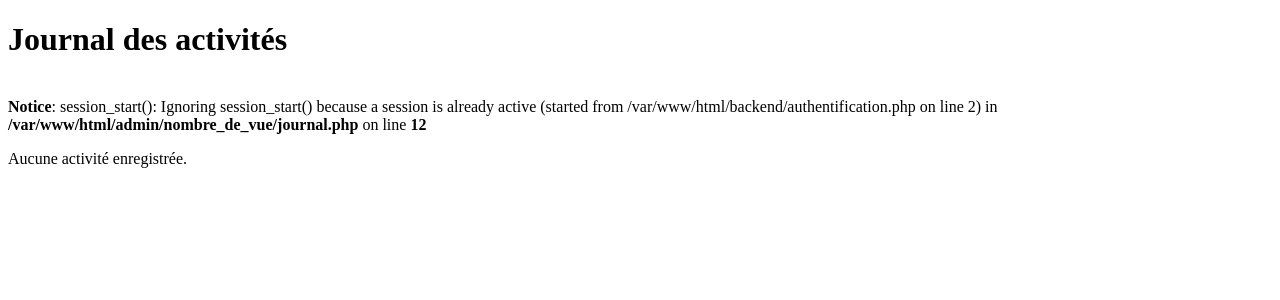
Repository: Hnatacha/webshop
Page: http://localhost/Espace-Membre/admin/nombre_de_vue/journal.php
The author's editor kept a copy of each file at every save. The page is drawn from the files as they stood at one save, then again after the next save.
The browser window is 1280 px wide. The pictures show the whole page.
The page is run by PHP 8.4 with error messages shown; the project is at /var/www/html/.

Above is the page before, as saved 2022-09-25 10:23:23.

After the next save:
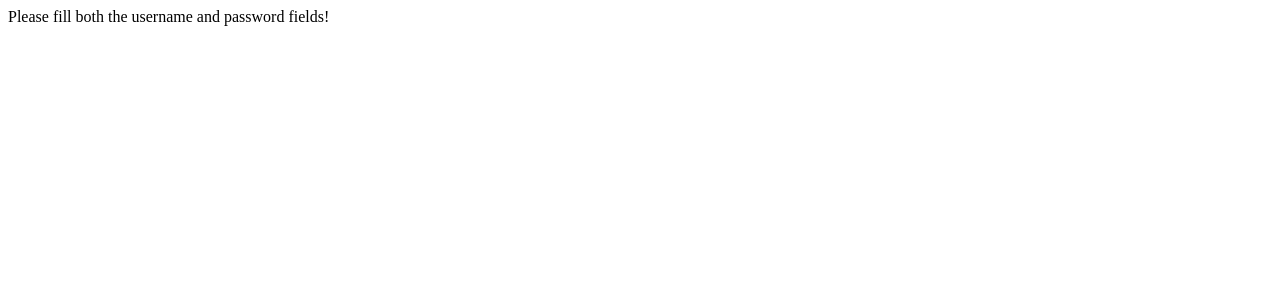
Saved 4 min 24 s later.
--- a/backend/authentification.php
+++ b/backend/authentification.php
@@ -11,3 +11,9 @@ if ( mysqli_connect_errno() ) {
 	// If there is an error with the connection, stop the script and display the error.
 	exit('Failed to connect to MySQL: ' . mysqli_connect_error());
 }
+
+// Now we check if the data from the login form was submitted, isset() will check if the data exists.
+if ( !isset($_POST['username'], $_POST['password']) ) {
+	// Could not get the data that should have been sent.
+	exit('Please fill both the username and password fields!');
+}
